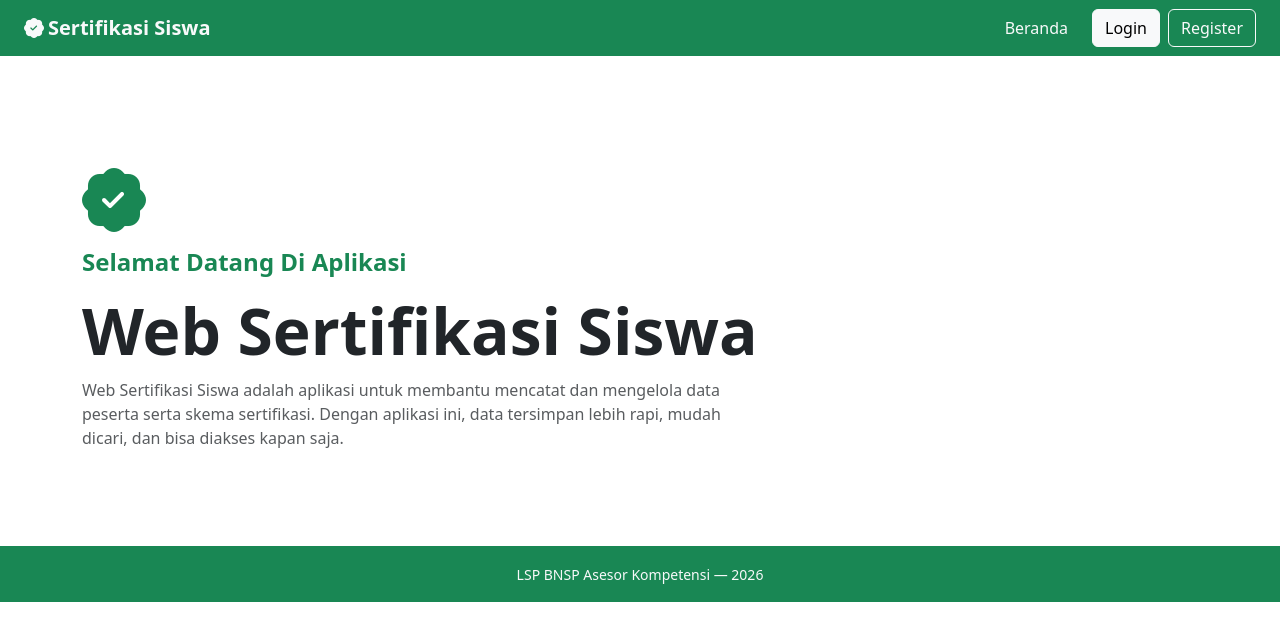
Repository: Zaki-Blip/USK_Project
Page: http://localhost/
An editor plug-in stored every save of this project. The page is shown before and after the next save, followed by the edit.
The browser window is 1280 px wide. The pictures show the whole page.
The page is served by the project's Laravel application, run on PHP 8.4 with Laravel 12. Other server files are loaded and not shown.

Above is the page before, as saved 2026-10-13 18:13:58.

### routes/web.php
<?php

use Illuminate\Support\Facades\Route;
use App\Http\Controllers\AuthController;
use App\Http\Controllers\DashboardController;
use App\Http\Controllers\PesertaController;
use App\Http\Controllers\SkemaController;

// Halaman Awal (publik)
Route::view('/', 'halamanAwal')->name('halamanAwal');

// Area Guest (belum login)
Route::middleware('guest')->group(function () {
    Route::get('/login', [AuthController::class, 'showLogin'])->name('login');
    Route::post('/login', [AuthController::class, 'login']);

    Route::get('/register', [AuthController::class, 'showRegister'])->name('register');
    Route::post('/register', [AuthController::class, 'register']);
});

// Area Terproteksi (sudah login)
Route::middleware('auth')->group(function () {
    Route::post('/logout', [AuthController::class, 'logout'])->name('logout');
    Route::get('/dashboard', [DashboardController::class, 'index'])->name('dashboard');

    // Khusus admin
    Route::middleware('role:admin')->group(function () {
        Route::resource('peserta', PesertaController::class)
            ->parameters(['peserta' => 'peserta'])
            ->only(['destroy']);

        Route::resource('skema', SkemaController::class);
    });

    // Admin & user (pembatasan data dilakukan di controller)
    Route::resource('peserta', PesertaController::class)
        ->parameters(['peserta' => 'peserta'])
        ->only(['index', 'show', 'create', 'store', 'edit', 'update']);
});

### resources/views/halamanAwal.blade.php
<!DOCTYPE html>
<html lang="id">
<head>
    <meta charset="UTF-8">
    <meta name="viewport" content="width=device-width, initial-scale=1">
    <title>Selamat Datang - Web Sertifikasi</title>
    <link href="https://cdn.jsdelivr.net/npm/bootstrap@5.3.0/dist/css/bootstrap.min.css" rel="stylesheet">
    <link href="https://cdn.jsdelivr.net/npm/bootstrap-icons@1.11.0/font/bootstrap-icons.css" rel="stylesheet">
    <style>
        html { scroll-behavior: smooth; }
        section { scroll-margin-top: 70px; } /* supaya judul tidak tertutup oleh navbar */
    </style>
</head>
<body class="bg-white">

<nav class="navbar navbar-expand-md bg-success sticky-top">
    <div class="container-fluid px-4">
        <a href="#beranda" class="navbar-brand fw-bold text-light">
            <i class="bi bi-patch-check-fill me-1"></i>Sertifikasi Siswa
        </a>
        <button class="navbar-toggler bg-light" type="button" data-bs-toggle="collapse" data-bs-target="#menu">
            <span class="navbar-toggler-icon"></span>
        </button>
        <div class="collapse navbar-collapse" id="menu">
            <ul class="navbar-nav ms-auto me-md-3">
                <li class="nav-item"><a class="nav-link text-light" href="#beranda">Beranda</a></li>
            </ul>
            <div class="d-flex gap-2 mt-2 mt-md-0">
                <a href="{{ route('login') }}" class="btn btn-light">Login</a>
                <a href="{{ route('register') }}" class="btn btn-outline-light">Register</a>
            </div>
        </div>
    </div>
</nav>
@if(session('sukses'))
    <div class="alert alert-success text-center mb-0 rounded-0">{{ session('sukses') }}</div>
@endif
<section id="beranda" class="container text-start py-5">
    <div class="py-5">
        <i class="bi bi-patch-check-fill text-success" style="font-size: 4rem;"></i>
        <h4 class="text-success fw-bold">Selamat Datang Di Aplikasi</h4>
        <h1 class="display-3 fw-bold mt-3">Web Sertifikasi Siswa</h1>
        <p class="text-muted mb-0" style="max-width: 650px;">
            Web Sertifikasi Siswa adalah aplikasi untuk membantu mencatat dan mengelola
            data peserta serta skema sertifikasi. Dengan aplikasi ini, data tersimpan
            lebih rapi, mudah dicari, dan bisa diakses kapan saja.
        </p>
    </div>
</section>
<div class="bg-success text-light text-center py-3">
    <small>LSP BNSP Asesor Kompetensi — 2026</small>
</div>

<script src="https://cdn.jsdelivr.net/npm/bootstrap@5.3.0/dist/js/bootstrap.bundle.min.js"></script>
</body>
</html>

After the next save:
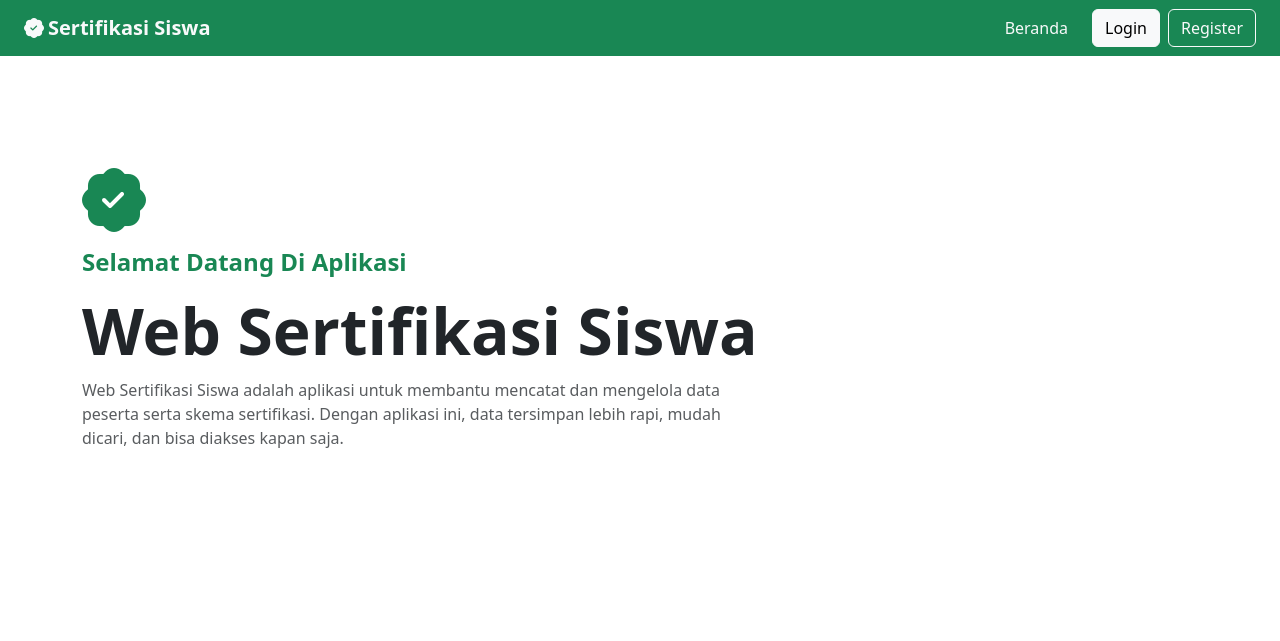
Saved 10 s later.
--- a/resources/views/halamanAwal.blade.php
+++ b/resources/views/halamanAwal.blade.php
@@ -47,9 +47,6 @@
         </p>
     </div>
 </section>
-<div class="bg-success text-light text-center py-3">
-    <small>LSP BNSP Asesor Kompetensi — 2026</small>
-</div>
 
 <script src="https://cdn.jsdelivr.net/npm/bootstrap@5.3.0/dist/js/bootstrap.bundle.min.js"></script>
 </body>
